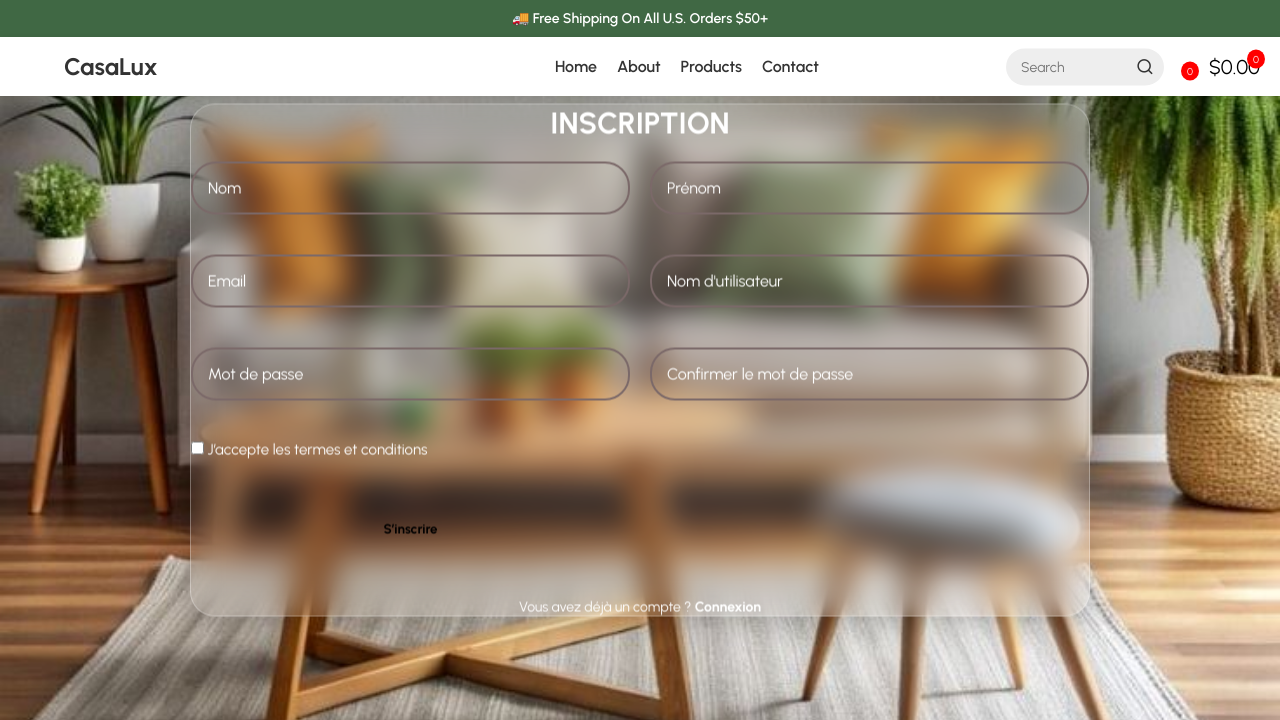
Repository: doua184/CasaLux
Page: inscription.html
These files come from the project's save history. The page is drawn as it stood at one moment and after a run of saves; the edit follows.
The browser window is 1280 px wide. The pictures show the whole page.
Some icons come from a web library that is not loaded, so they are not drawn. Some web libraries are served in a nearby version.

Above is the page before, as saved 2025-04-05 19:14:37.

After the next 3 saves:
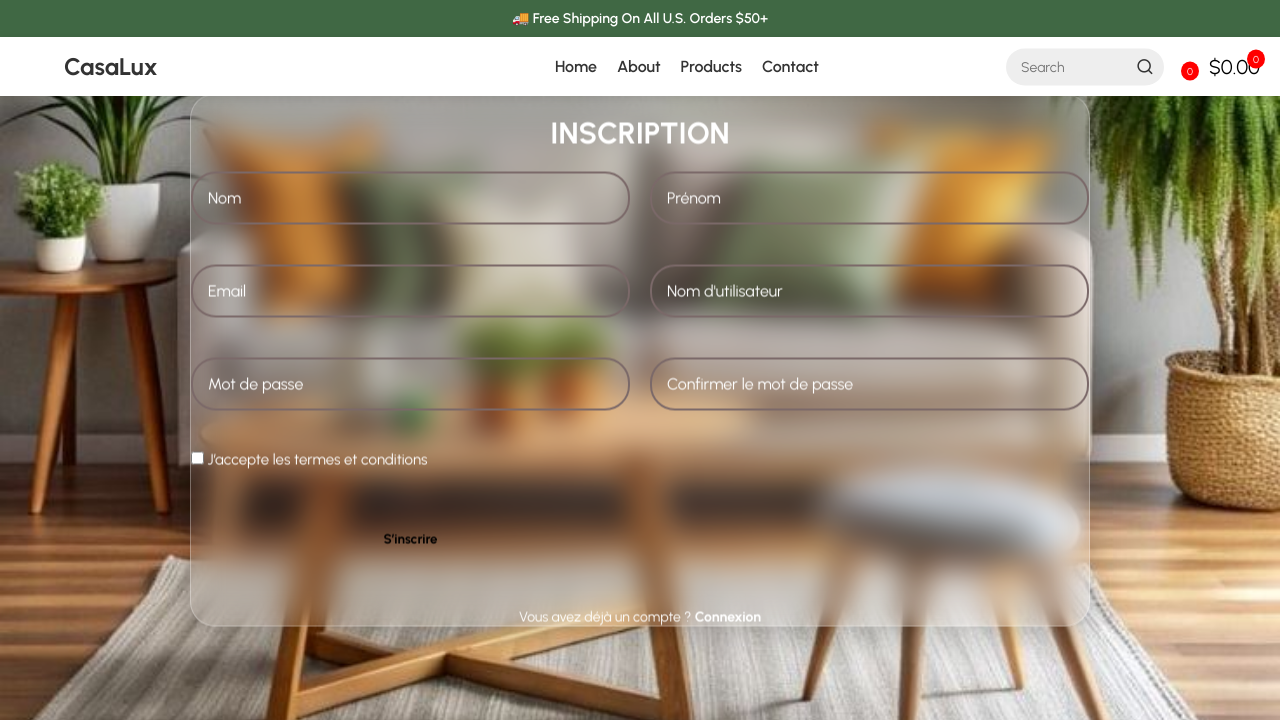
The 3 saves are shown as one change because they came seconds apart.
The last was saved 13 s later.
--- a/inscription.css
+++ b/inscription.css
@@ -118,7 +118,7 @@ section {
     background-color: rgba(255, 255, 255, 0.08);
     border: 1.5px solid rgba(255, 255, 255, 0.3);
     backdrop-filter: blur(15px);
-    padding: ;
+    padding-top: 20px;
     max-width: 900px;
     width: 95%;
     border-radius: 25px;
